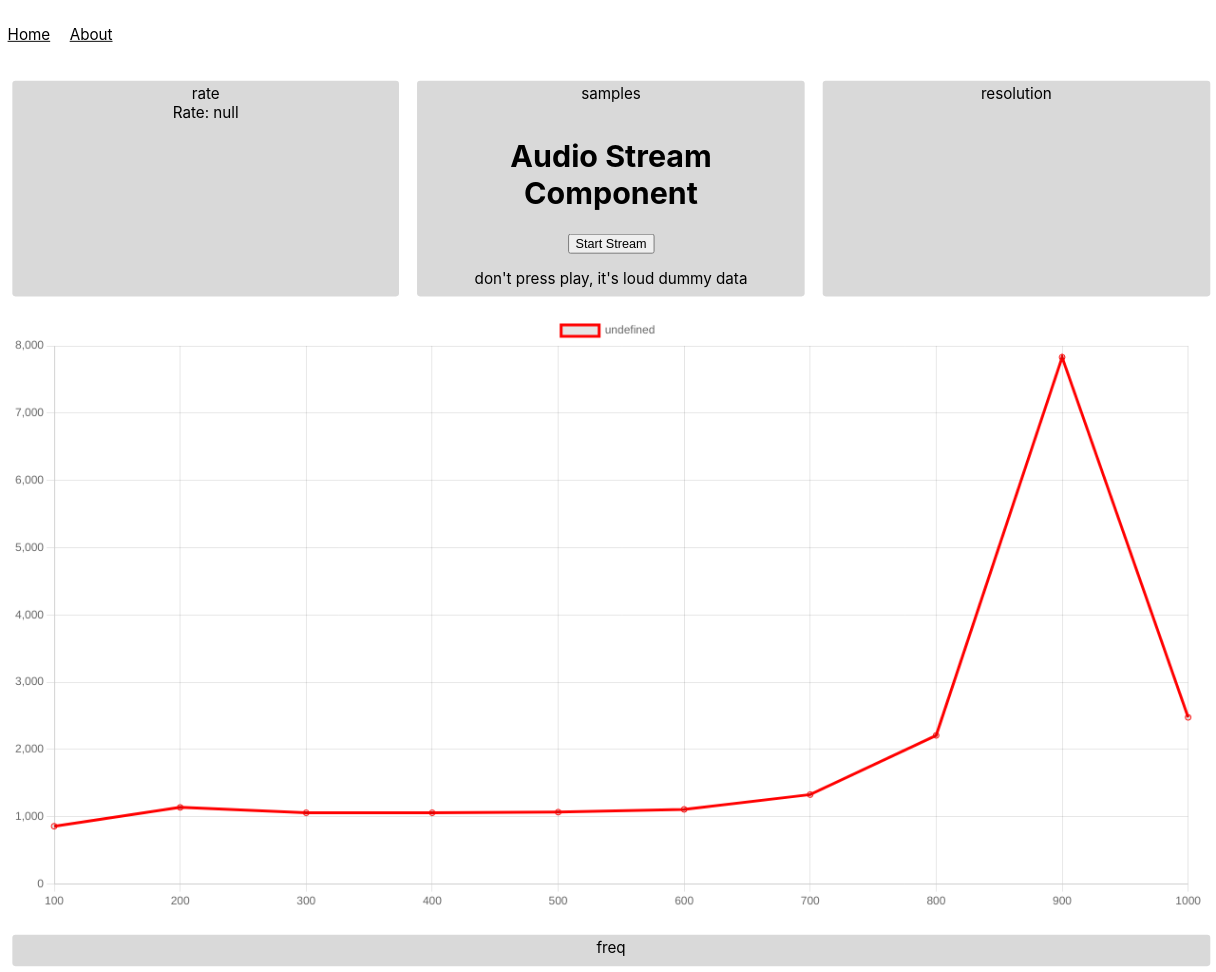
Repository: Sense-Scape/Sensor_Viewer
Page: /
The author's editor kept a copy of each file at every save. The page is drawn from the files as they stood at one save, then again after the next save.
The browser window is 1280 px wide. The pictures show the whole page, at 95% of full size.
The page's requests for data from a server got no answer. The project was rebuilt for these pictures with package versions that can differ from the ones it lists, and the page was loaded fresh each time. The framework's server and built-in components were replaced by stand-ins that run in the browser. No one was signed in, and anything a server would have sent is missing. Also part of the build but not shown: svelte.config.js, vite.config.ts.

Above is the page before, as saved 2023-09-20 07:26:20.

### src/app.html
<!DOCTYPE html>
<html lang="en">

<head>
	<meta charset="utf-8" />
	<link rel="icon" href="%sveltekit.assets%/favicon.png" />
	%sveltekit.head%
</head>

<body data-sveltekit-preload-data="hover">
	<div style="display: contents">%sveltekit.body%</div>
</body>

</html>

<style>
	:root {
		font-family: 'Overpass', -apple-system, BlinkMacSystemFont, 'Segoe UI', Roboto, Oxygen, Ubuntu,
			Cantarell, 'Fira Sans', 'Droid Sans', 'Helvetica Neue', sans-serif;
	}

	body {
		margin: 0;
	}
</style>

### src/routes/+layout.svelte
<script>
	import { dev, browser } from '$app/environment';
	import { inject } from '@vercel/analytics';

	// util
	import { webVitals } from '$lib/vitals';

	// components
	import Navbar from '$lib/Navbar.svelte';

	//store
	import { page } from '$app/stores';

	inject({ mode: dev ? 'development' : 'production' });

	let analyticsId = import.meta.env.VERCEL_ANALYTICS_ID;

	$: if (browser && analyticsId) {
		console.log(
			`%c[Web Vitals]%c`,
			'color: rgb(120, 120, 120)',
			'color: inherit',
			'Updating vitals'
		);
		webVitals({
			path: $page.url.pathname,
			params: $page.params,
			analyticsId: analyticsId,
			debug: dev
		});
	} else if (browser) {
		console.log(
			`%c[Web Vitals]%c`,
			'color: rgb(120, 120, 120)',
			'color: inherit',
			'Skipping vitals - no analyticsId'
		);
	}
</script>

<main>
	<Navbar />
	<!-- +page.svelte is rendered in this <slot> -->
	<slot />
</main>

### src/routes/+page.svelte
<script lang="ts">
	import { onDestroy } from 'svelte';
	import Chart from 'chart.js/auto';
	import { onMount } from 'svelte';

	// components
	import AudioStream from '../AudioStream.svelte';
	import Card from '../Card.svelte';

	// stores
	import { sampleRateStore } from '../stores';

	let sampleRate: number | null = null;

	const unsubscribe = sampleRateStore.subscribe((value) => {
		sampleRate = value;
	});

	// Setting up of time domain plot
	let chart;
	let yValues = [860, 1140, 1060, 1060, 1070, 1110, 1330, 2210, 7830, 2478];
	let xValues = [100, 200, 300, 400, 500, 600, 700, 800, 900, 1000];
	let ctx;
	let chartCanvas;

	// Callback that will receive and print web socket dat
	$: {
		if (typeof window !== 'undefined') {
			// if (existingWebSocket) {
			//     existingWebSocket.close(); // Close the previous WebSocket instance
			// }
			if (true) {
				const newWebSocket = new WebSocket('ws://localhost:10010/DataTypes/TimeChunk');
				newWebSocket.addEventListener('message', async (event) => {
					const receivedMessage = event.data; // Access the received message from the event object

					// const position = receivedMessage.length - 2; // Position at which you want to insert the character
					// const characterToInsert = ',';
					// const modifiedString =
					// 	receivedMessage.slice(0, position) +
					// 	characterToInsert +
					// 	receivedMessage.slice(position);

					const jsonObject = JSON.parse(receivedMessage);
					// console.log(jsonObject);
					console.log(jsonObject['TimeChunk']['Channels']['0']);
					// // Re-render the chart with updated data
					chart.data.datasets[0].data = jsonObject['TimeChunk']['Channels']['0'];
					chart.data.labels = Array.from({
						length: jsonObject['TimeChunk']['Channels']['0'].length
					});
					chart.update();
				});
			}
		}
	}

	// Create the chart when the component is mounted
	onMount(() => {
		const ctx = document.getElementById('myChart');
		chart = new Chart(ctx, {
			type: 'line',
			data: {
				labels: xValues,
				datasets: [
					{
						data: yValues,
						borderColor: 'red',
						fill: false
					}
				]
			},
			options: {
				legend: { display: false }
			}
		});
	});
</script>

<svelte:head>
	<title>Sense-Scape | Overview</title>
</svelte:head>

<div class="container">
	<div class="time block">
		<canvas bind:this={chartCanvas} id="myChart" />
	</div>
	<div class="freq block">
		<Card>
			<p>freq</p>
		</Card>
	</div>
	<div class="rate block">
		<Card>
			<div>
				<p>rate</p>
				<p>Rate: {sampleRate}</p>
			</div>
		</Card>
	</div>
	<div class="samples block">
		<Card>
			<p>samples</p>
			<AudioStream />
			<p>don't press play, it's loud dummy data</p>
		</Card>
	</div>
	<div class="resolution block">
		<Card>
			<p>resolution</p>
		</Card>
	</div>
</div>

<style>
	p {
		margin: 0;
	}

	.block {
		padding: 0.8rem;
	}

	.container {
		display: grid;
		grid-template-columns: 1fr 1fr 1fr;
		grid-template-rows: 1fr 3fr 3fr;
		grid-template-areas:
			'rate samples resolution'
			'time time time'
			'freq freq freq';
		text-align: center;
		height: 90vh;
	}

	@media only screen and (max-width: 600px) {
		.container {
			display: block;
		}
	}

	.time {
		grid-area: time;
	}

	.freq {
		grid-area: freq;
	}

	.rate {
		grid-area: rate;
	}

	.samples {
		grid-area: samples;
	}

	.resolution {
		grid-area: resolution;
	}
</style>

### src/lib/vitals.ts
import { onCLS, onFCP, onFID, onLCP, onTTFB } from 'web-vitals';
import type { Metric } from 'web-vitals';

const vitalsUrl = 'https://vitals.vercel-analytics.com/v1/vitals';

interface NavigatorConnection {
	effectiveType: string;
	// Add other properties if needed
}

function getConnectionSpeed() {
	return 'connection' in navigator &&
		navigator['connection'] &&
		'effectiveType' in (navigator['connection'] as NavigatorConnection)
		? (navigator['connection'] as NavigatorConnection)['effectiveType']
		: '';
}

interface AnalyticsOptions {
	params: { [s: string]: string } | ArrayLike<string>;
	path: string;
	analyticsId: string;
	debug: boolean;
}

function sendToAnalytics(metric: Metric, options: AnalyticsOptions): void {
	const page = Object.entries(options.params).reduce(
		(acc, [key, value]) => acc.replace(value, `[${key}]`),
		options.path
	);

	const body = {
		dsn: options.analyticsId,
		id: metric.id,
		page,
		href: location.href,
		event_name: metric.name,
		value: metric.value.toString(),
		speed: getConnectionSpeed()
	};

	if (options.debug) {
		console.log('[Web Vitals]', metric.name, JSON.stringify(body, null, 2));
	}

	const blob = new Blob([new URLSearchParams(body).toString()], {
		// This content type is necessary for `sendBeacon`
		type: 'application/x-www-form-urlencoded'
	});
	if (navigator.sendBeacon) {
		navigator.sendBeacon(vitalsUrl, blob);
	} else {
		fetch(vitalsUrl, {
			body: blob,
			method: 'POST',
			credentials: 'omit',
			keepalive: true
		});
	}
}

export function webVitals(options: AnalyticsOptions): void {
	try {
		onFID((metric: Metric) => sendToAnalytics(metric, options));
		onTTFB((metric: Metric) => sendToAnalytics(metric, options));
		onLCP((metric: Metric) => sendToAnalytics(metric, options));
		onCLS((metric: Metric) => sendToAnalytics(metric, options));
		onFCP((metric: Metric) => sendToAnalytics(metric, options));
	} catch (err) {
		console.error('[Web Vitals]', err);
	}
}

### src/lib/Navbar.svelte
<section>
	<nav>
		<a href="/">Home</a>
		<a href="/about">About</a>
	</nav>
</section>

<style>
	section {
		display: flex;
		height: 10vh;
		width: 100%;
		align-items: center;
		background-color: var(--quandary-color);
	}

	a {
		color: var(--tertiary-color);
		margin-left: 0.5rem;
		margin-right: 0.5rem;
	}
</style>

### src/AudioStream.svelte
<!-- AudioStream.svelte -->
<script lang="ts">
	import { onMount, onDestroy } from 'svelte';
	import { sampleRateStore } from './stores';

	let audioContext: AudioContext | null = null;
	let dummySource: AudioBufferSourceNode | null = null;

	async function startStream() {
		try {
			audioContext = new AudioContext({ sampleRate: 44100 });
			dummySource = createDummyAudioSource(audioContext, 10); // 10 seconds duration
			const sampleRate = dummySource.buffer?.sampleRate ?? null; // Get the sample rate
			sampleRateStore.set(sampleRate); // Set the sample rate in the store
			dummySource.connect(audioContext.destination);
			dummySource.start();
		} catch (error) {
			console.error('Error creating audio context:', error);
		}
	}

	function stopStream() {
		if (dummySource) {
			dummySource.stop();
			dummySource.disconnect();
			dummySource = null;
		}
		if (audioContext) {
			audioContext.close();
			audioContext = null;
			sampleRateStore.set(null);
		}
	}

	let cleanup: () => void = () => {
		// Initialize as empty function
	};
	onMount(() => {
		cleanup = () => {
			if (dummySource) {
				dummySource.stop();
				dummySource.disconnect();
				dummySource = null;
			}
			if (audioContext) {
				audioContext.close();
				audioContext = null;
			}
		};
	});

	onDestroy(() => cleanup());

	function createDummyAudioSource(
		audioContext: AudioContext,
		duration: number
	): AudioBufferSourceNode {
		const sampleRate = audioContext.sampleRate;
		const frameCount = duration * sampleRate;
		const buffer = audioContext.createBuffer(1, frameCount, sampleRate);
		const channelData = buffer.getChannelData(0);

		for (let i = 0; i < frameCount; i++) {
			channelData[i] = Math.random() * 2 - 1; // Generate random audio samples between -1 and 1
		}

		const source = audioContext.createBufferSource();
		source.buffer = buffer;

		return source;
	}
</script>

<main>
	<h1>Audio Stream Component</h1>
	{#if dummySource}
		<button on:click={stopStream}>Stop Stream</button>
	{:else}
		<button on:click={startStream}>Start Stream</button>
	{/if}
</main>

<style>
	main {
		text-align: center;
		padding: 1em;
		max-width: 240px;
		margin: 0 auto;
	}
</style>

### src/Card.svelte
<!-- Card.svelte -->
<script lang="ts">
</script>

<div>
	<slot>Card should wrap some content</slot>
</div>

<style>
	div {
		border-radius: 0.2rem;
		text-shadow: 4rem;
		background-color: #d9d9d9;
		height: 100%;
		width: 100%;
		padding: 0.2rem;
	}
</style>

### src/stores.ts
// <!-- stores.ts -->
import { writable } from 'svelte/store';

export const sampleRateStore = writable<number | null>(null);

Loaded but not shown: src/routes/+layout.ts (common file)

After the next save:
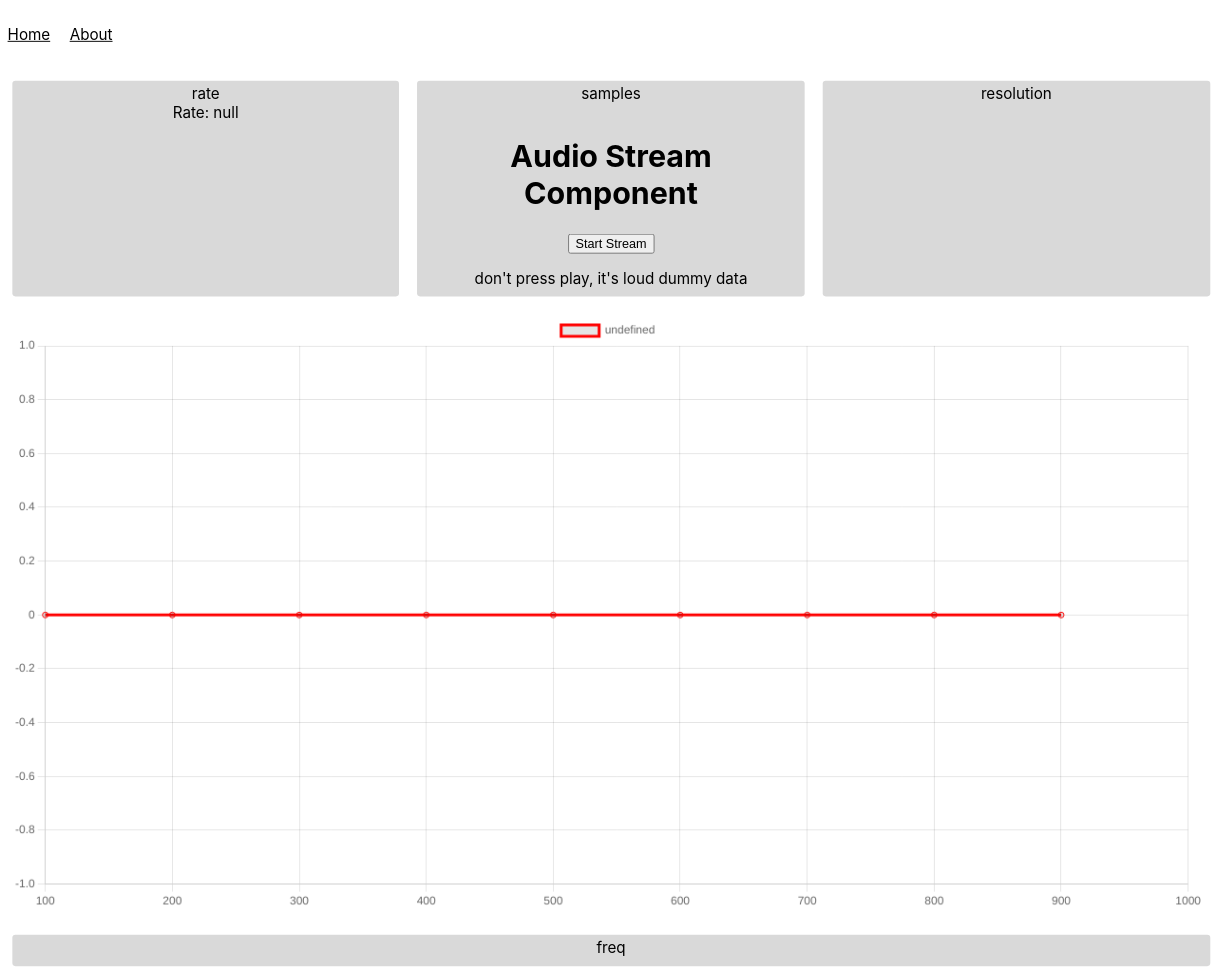
Saved 3 min 21 s later.
--- a/src/routes/+page.svelte
+++ b/src/routes/+page.svelte
@@ -18,7 +18,7 @@
 
 	// Setting up of time domain plot
 	let chart;
-	let yValues = [860, 1140, 1060, 1060, 1070, 1110, 1330, 2210, 7830, 2478];
+	let yValues = [0, 0, 0, 0, 0, 0, 0, 0, 0];
 	let xValues = [100, 200, 300, 400, 500, 600, 700, 800, 900, 1000];
 	let ctx;
 	let chartCanvas;
